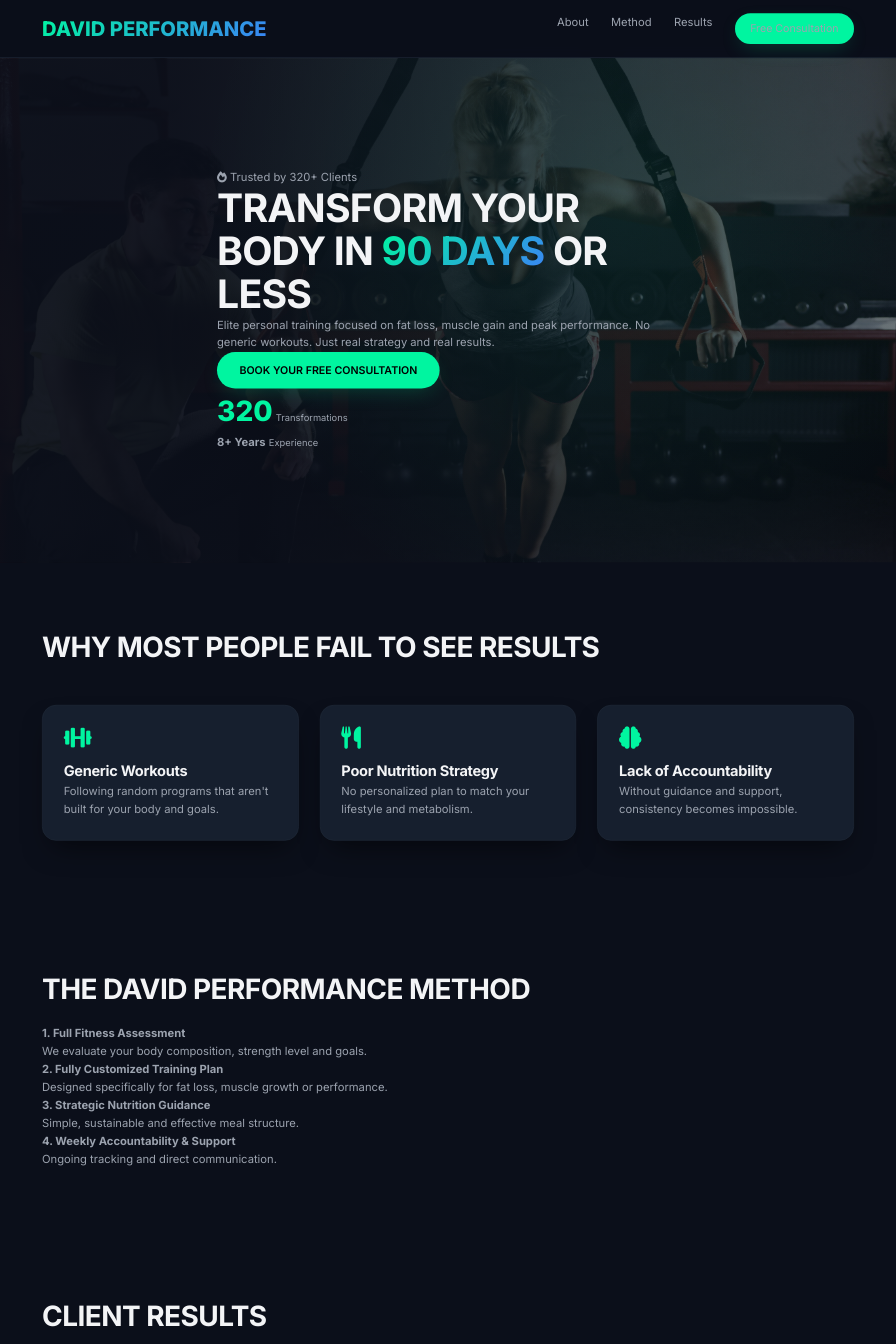
Repository: davidfsillva/Landing-page-pro
Page: index.html
The author's editor kept a copy of each file at every save. The page is drawn from the files as they stood at one save, then again after the next save.
The browser window is 1280 px wide. The pictures show the part of the page from y = 0 to 1920 px (the page is 3509 px tall), at 70% of full size.

Above is the page before, as saved 2026-02-24 20:54:51.

### index.html
<!DOCTYPE html>
<html lang="en">
<head>
    <!-- ================= BASIC META ================= -->
    <meta charset="UTF-8">
    <meta name="viewport" content="width=device-width, initial-scale=1.0, maximum-scale=5.0">
    <meta name="robots" content="index, follow">
    <link rel="canonical" href="https://www.davidperformance.com">

    <!-- ================= SEO ================= -->
    <title>David Performance | Elite Personal Trainer</title>
    <meta name="description" content="Elite personal training focused on fat loss, muscle building and peak performance. Customized programs, strategic nutrition and real accountability. Book your free fitness consultation today.">

    <!-- ================= OPEN GRAPH ================= -->
    <meta property="og:title" content="David Performance | Transform Your Body in 90 Days">
    <meta property="og:description" content="Personalized training programs with proven results. Limited spots available.">
    <meta property="og:type" content="website">
    <meta property="og:image" content="https://placehold.co/1200x630/0B1020/00FF99?text=DAVID+PERFORMANCE">
    <meta property="og:url" content="https://www.davidperformance.com">
    <meta name="twitter:card" content="summary_large_image">

    <!-- ================= FONTS ================= -->
    <link rel="preconnect" href="https://fonts.googleapis.com">
    <link href="https://fonts.googleapis.com/css2?family=Inter:wght@300;400;600;700;800&display=swap" rel="stylesheet">

    <!-- Icons -->
    <link rel="stylesheet" href="https://cdnjs.cloudflare.com/ajax/libs/font-awesome/6.0.0-beta3/css/all.min.css">

    <!-- CSS -->
    <link rel="stylesheet" href="style.css">

    <!-- ================= PIXEL / TRACKING ================= -->
    <!-- Add Meta Pixel or Google Tag Manager here -->
</head>

<body>

<header>
    <div class="container header-flex">
        <div class="logo">DAVID PERFORMANCE</div>

        <button class="menu-toggle" id="menuToggle" aria-label="Open Menu">
            <i class="fas fa-bars"></i>
        </button>

        <nav>
            <ul class="nav-menu" id="navMenu">
                <li><a href="#about">About</a></li>
                <li><a href="#method">Method</a></li>
                <li><a href="#results">Results</a></li>
                <li><a href="#contact" class="btn btn-primary" style="padding:10px 22px;">
                    Free Consultation
                </a></li>
            </ul>
        </nav>
    </div>
</header>

<main>

<!-- ================= HERO ================= -->
<section class="hero-nova" id="home">
    <div class="hero-overlay"></div>

    <div class="container hero-content">

        <div class="hero-badge reveal">
            <i class="fas fa-fire"></i>
            Trusted by 320+ Clients
        </div>

        <h1 class="reveal">
            TRANSFORM YOUR BODY IN
            <span class="gradient-text">90 DAYS</span>
            OR LESS
        </h1>

        <p class="reveal">
            Elite personal training focused on fat loss, muscle gain and peak performance.
            No generic workouts. Just real strategy and real results.
        </p>

        <div class="hero-cta reveal">
            <a href="#contact" class="btn btn-primary btn-hero">
                BOOK YOUR FREE CONSULTATION
            </a>
        </div>

        <div class="hero-proof reveal">
            <div class="proof-item">
                <span class="counter-number" data-target="320">0</span>
                <small>Transformations</small>
            </div>

            <div class="proof-divider"></div>

            <div class="proof-item">
                <strong>8+ Years</strong>
                <small>Experience</small>
            </div>
        </div>

    </div>
</section>

<!-- ================= ABOUT ================= -->
<section id="about">
    <div class="container">
        <h2 class="reveal">WHY MOST PEOPLE FAIL TO SEE RESULTS</h2>

        <div class="cards-grid">
            <article class="card reveal">
                <i class="fas fa-dumbbell"></i>
                <h3>Generic Workouts</h3>
                <p>Following random programs that aren't built for your body and goals.</p>
            </article>

            <article class="card reveal">
                <i class="fas fa-utensils"></i>
                <h3>Poor Nutrition Strategy</h3>
                <p>No personalized plan to match your lifestyle and metabolism.</p>
            </article>

            <article class="card reveal">
                <i class="fas fa-brain"></i>
                <h3>Lack of Accountability</h3>
                <p>Without guidance and support, consistency becomes impossible.</p>
            </article>
        </div>
    </div>
</section>

<!-- ================= METHOD ================= -->
<section id="method" class="problema">
    <div class="container">
        <h2 class="reveal">THE DAVID PERFORMANCE METHOD</h2>

        <div class="solucao-item reveal">
            <strong>1. Full Fitness Assessment</strong>
            <p>We evaluate your body composition, strength level and goals.</p>
        </div>

        <div class="solucao-item reveal">
            <strong>2. Fully Customized Training Plan</strong>
            <p>Designed specifically for fat loss, muscle growth or performance.</p>
        </div>

        <div class="solucao-item reveal">
            <strong>3. Strategic Nutrition Guidance</strong>
            <p>Simple, sustainable and effective meal structure.</p>
        </div>

        <div class="solucao-item reveal">
            <strong>4. Weekly Accountability & Support</strong>
            <p>Ongoing tracking and direct communication.</p>
        </div>
    </div>
</section>

<!-- ================= RESULTS ================= -->
<section id="results">
    <div class="container">
        <h2 class="reveal">CLIENT RESULTS</h2>

        <div class="depoimentos-grid">

            <div class="depoimento-card reveal">
                <p>"I lost 28 pounds in 4 months and gained confidence I never had before."</p>
                <div class="autor">— Michael R.</div>
            </div>

            <div class="depoimento-card reveal">
                <p>"Best investment I’ve made for my health. Completely transformed my body."</p>
                <div class="autor">— Sarah T.</div>
            </div>

            <div class="depoimento-card reveal">
                <p>"Structured, professional and motivating. Results speak for themselves."</p>
                <div class="autor">— Daniel K.</div>
            </div>

        </div>
    </div>
</section>

<!-- ================= AUTHORITY ================= -->
<section>
    <div class="container">
        <h2 class="reveal">WHY TRAIN WITH ME?</h2>

        <div class="cards-grid">
            <div class="card reveal">
                <h3>Certified Trainer</h3>
                <p>Professional certification and proven methodology.</p>
            </div>

            <div class="card reveal">
                <h3>Data-Driven Approach</h3>
                <p>Training decisions based on performance metrics.</p>
            </div>

            <div class="card reveal">
                <h3>Real Accountability</h3>
                <p>You won’t do this alone. Structured follow-up every week.</p>
            </div>
        </div>
    </div>
</section>

<!-- ================= CONTACT / CTA ================= -->
<section id="contact" class="cta-final">
    <div class="container">
        <h2 class="reveal">BOOK YOUR FREE FITNESS CONSULTATION</h2>

        <p class="reveal">
            Limited availability each week for personalized coaching.
        </p>

        <form id="leadForm" class="cta-form reveal" novalidate>
            <input type="text" id="name" placeholder="Full Name" required>
            <input type="email" id="email" placeholder="Email Address" required>
            <input type="tel" id="phone" placeholder="Phone Number" required>

            <button type="submit" class="btn btn-primary">
                SCHEDULE MY CONSULTATION
            </button>

            <div id="formFeedback"></div>
        </form>
    </div>
</section>

</main>

<footer>
    <div class="container footer-grid">

        <div>
            <div class="logo" style="-webkit-text-fill-color:white;">DAVID PERFORMANCE</div>
            <p style="margin:16px 0;">
                Elite coaching for serious results.
            </p>
        </div>

        <div>
            <h4>Navigation</h4>
            <a href="#about">About</a>
            <a href="#method">Method</a>
            <a href="#results">Results</a>
        </div>

        <div>
            <h4>Legal</h4>
            <a href="#">Privacy Policy</a>
            <a href="#">Terms of Service</a>
        </div>

        <div>
            <h4>Contact</h4>
            <a href="#"><i class="fab fa-instagram"></i> @davidperformance</a>
            <a href="#"><i class="fab fa-whatsapp"></i> +1 (555) 123-4567</a>
        </div>

    </div>

    <div style="text-align:center; margin-top:40px; color:#4A5578;">
        © 2026 David Performance. All rights reserved.
    </div>
</footer>

<script src="script.js" defer></script>

</body>
</html>

### style.css
/* =======================================================
   RESET
======================================================= */
*,
*::before,
*::after {
    margin: 0;
    padding: 0;
    box-sizing: border-box;
}

:root {

    /* Colors */
    --bg-primary: #0B0F1A;
    --bg-secondary: #111827;
    --bg-card: #161F2E;

    --text-light: #F3F4F6;
    --text-dim: #9CA3AF;

    --accent-primary: #00F5A0;
    --accent-secondary: #3B82F6;
    --accent-glow: rgba(0,245,160,0.25);

    --border-color: #1F2937;

    /* UI */
    --radius: 20px;
    --radius-lg: 28px;

    --shadow-card: 0 20px 40px -15px rgba(0,0,0,0.6);
    --shadow-strong: 0 25px 60px -20px rgba(0,245,160,0.2);

    --transition: all .35s cubic-bezier(.2,.8,.2,1);

    --font: 'Inter', sans-serif;
}

html {
    scroll-behavior: smooth;
}

body {
    font-family: var(--font);
    background: var(--bg-primary);
    color: var(--text-dim);
    line-height: 1.6;
    -webkit-font-smoothing: antialiased;
}

/* =======================================================
   TYPOGRAPHY
======================================================= */
h1, h2, h3, h4 {
    color: var(--text-light);
    font-weight: 700;
    letter-spacing: -0.02em;
}

h1 {
    font-size: 2.6rem;
    line-height: 1.1;
}

h2 {
    font-size: 2rem;
    margin-bottom: 1.2rem;
}

h3 {
    font-size: 1.3rem;
}

p {
    font-size: 1rem;
}

.gradient-text {
    background: linear-gradient(135deg, var(--accent-primary), var(--accent-secondary));
    -webkit-background-clip: text;
    -webkit-text-fill-color: transparent;
}

/* =======================================================
   LAYOUT
======================================================= */
.container {
    width: 100%;
    max-width: 1200px;
    margin: 0 auto;
    padding: 0 20px;
}

section {
    padding: 90px 0;
    position: relative;
}

/* =======================================================
   BUTTONS
======================================================= */
.btn {
    display: inline-flex;
    align-items: center;
    justify-content: center;
    padding: 14px 32px;
    border-radius: 50px;
    font-weight: 600;
    font-size: 0.95rem;
    cursor: pointer;
    transition: var(--transition);
    text-decoration: none;
    border: none;
}

.btn-primary {
    background: var(--accent-primary);
    color: #000;
    box-shadow: 0 10px 30px -10px var(--accent-glow);
}

.btn-primary:hover {
    transform: translateY(-3px) scale(1.04);
    box-shadow: 0 20px 40px -10px var(--accent-glow);
}

.btn-primary:active {
    transform: scale(0.97);
}

.btn-outline {
    background: transparent;
    border: 1px solid var(--accent-primary);
    color: var(--accent-primary);
}

.btn-outline:hover {
    background: rgba(0,245,160,0.1);
}

/* =======================================================
   HEADER
======================================================= */
header {
    position: sticky;
    top: 0;
    z-index: 1000;
    background: rgba(11,15,26,0.85);
    backdrop-filter: blur(12px);
    border-bottom: 1px solid var(--border-color);
    padding: 18px 0;
}

.header-flex {
    display: flex;
    justify-content: space-between;
    align-items: center;
}

.logo {
    font-size: 1.8rem;
    font-weight: 800;
    background: linear-gradient(135deg, var(--accent-primary), var(--accent-secondary));
    -webkit-background-clip: text;
    -webkit-text-fill-color: transparent;
}

.nav-menu {
    display: flex;
    list-style: none;
    gap: 32px;
}

.nav-menu a {
    text-decoration: none;
    color: var(--text-dim);
    font-weight: 500;
    transition: .3s;
}

.nav-menu a:hover {
    color: var(--accent-primary);
}

.menu-toggle {
    display: none;
    font-size: 1.8rem;
    background: none;
    border: none;
    color: var(--accent-primary);
    cursor: pointer;
}

/* =======================================================
   HERO NOVA
======================================================= */
.hero-nova {
    position: relative;
    min-height: 100vh;
    display: flex;
    align-items: center;
    background: url("img/pexels-pixabay-414029.jpg") center center / cover no-repeat;
    overflow: hidden;
}

.hero-nova::after {
    content: "";
    position: absolute;
    inset: 0;
    background: radial-gradient(circle at 70% 30%, rgba(0,245,160,0.08), transparent 60%);
}

.hero-overlay {
    position: absolute;
    inset: 0;
    background: linear-gradient(
        90deg,
        rgba(11,15,26,0.95) 20%,
        rgba(11,15,26,0.85) 50%,
        rgba(11,15,26,0.6) 100%
    );
}

.hero-content {
    position: relative;
    z-index: 2;
    max-width: 700px;
}

/* =======================================================
   CARDS (SERVICES / BENEFITS)
======================================================= */
.cards-grid {
    display: grid;
    gap: 30px;
    margin-top: 50px;
}

.card {
    background: var(--bg-card);
    padding: 30px;
    border-radius: var(--radius);
    border: 1px solid var(--border-color);
    box-shadow: var(--shadow-card);
    transition: var(--transition);
}

.card:hover {
    transform: translateY(-8px);
    border-color: var(--accent-primary);
    box-shadow: var(--shadow-strong);
}

.card i {
    font-size: 2rem;
    margin-bottom: 15px;
    color: var(--accent-primary);
}

/* =======================================================
   ABOUT / AUTHORITY
======================================================= */
.about-section {
    background: var(--bg-secondary);
}

.about-grid {
    display: grid;
    gap: 40px;
    align-items: center;
}

.about-image img {
    width: 100%;
    border-radius: var(--radius-lg);
}

/* =======================================================
   TESTIMONIALS
======================================================= */
.testimonials-grid {
    display: grid;
    gap: 30px;
    margin-top: 40px;
}

.testimonial-card {
    background: var(--bg-card);
    padding: 30px;
    border-radius: var(--radius);
    border: 1px solid var(--border-color);
}

.testimonial-card p {
    font-style: italic;
    margin-bottom: 15px;
}

.author {
    font-weight: 600;
    color: var(--accent-primary);
}

/* =======================================================
   TRANSFORMATIONS
======================================================= */
.transformations-grid {
    display: grid;
    gap: 25px;
    margin-top: 40px;
}

.transformations-grid img {
    width: 100%;
    border-radius: var(--radius);
}

/* =======================================================
   CTA SECTION
======================================================= */
.cta-section {
    background: linear-gradient(145deg, #0D1322, #060912);
    text-align: center;
    border-top: 1px solid var(--accent-primary);
}

.cta-form {
    max-width: 500px;
    margin: 40px auto 0;
    display: flex;
    flex-direction: column;
    gap: 18px;
}

.cta-form input,
.cta-form textarea {
    padding: 14px 20px;
    border-radius: 40px;
    border: 1px solid var(--border-color);
    background: #1F2937;
    color: white;
    transition: .3s;
}

.cta-form input:focus,
.cta-form textarea:focus {
    border-color: var(--accent-primary);
    outline: none;
}

/* =======================================================
   FOOTER
======================================================= */
footer {
    background: #05070E;
    padding: 60px 0;
    border-top: 1px solid var(--border-color);
}

.footer-grid {
    display: grid;
    gap: 40px;
}

.footer-grid a {
    text-decoration: none;
    color: var(--text-dim);
    display: block;
    margin: 6px 0;
    transition: .3s;
}

.footer-grid a:hover {
    color: var(--accent-primary);
}

/* =======================================================
   REVEAL ANIMATION
======================================================= */
.reveal {
    opacity: 0;
    transform: translateY(30px);
    transition: opacity .8s ease, transform .8s ease;
}

.reveal.active {
    opacity: 1;
    transform: translateY(0);
}

/* =======================================================
   COUNTER
======================================================= */
.counter-number {
    font-size: 2.5rem;
    font-weight: 800;
    color: var(--accent-primary);
}

/* =======================================================
   RESPONSIVE
======================================================= */
@media (min-width: 768px) {

    h1 { font-size: 3.5rem; }
    h2 { font-size: 2.5rem; }

    .hero-grid {
        grid-template-columns: 1fr 1fr;
        align-items: center;
    }

    .cards-grid {
        grid-template-columns: repeat(3, 1fr);
    }

    .about-grid {
        grid-template-columns: 1fr 1fr;
    }

    .testimonials-grid {
        grid-template-columns: repeat(3, 1fr);
    }

    .transformations-grid {
        grid-template-columns: repeat(3, 1fr);
    }

    .footer-grid {
        grid-template-columns: 2fr 1fr 1fr 1fr;
    }

    .menu-toggle {
        display: none;
    }
}

@media (max-width: 768px) {

    .menu-toggle {
        display: block;
    }

    .nav-menu {
        position: fixed;
        top: 80px;
        right: 0;
        width: 100%;
        flex-direction: column;
        background: rgba(11,15,26,0.98);
        padding: 40px 20px;
        gap: 25px;
        transform: translateX(100%);
        transition: .4s ease;
    }

    .nav-menu.active {
        transform: translateX(0);
    }

    .hero-nova {
        background: url("img/heromobile.webp") center center / cover no-repeat;
    }
}

Loaded but not shown: script.js (183 lines, source omitted)

After the next save:
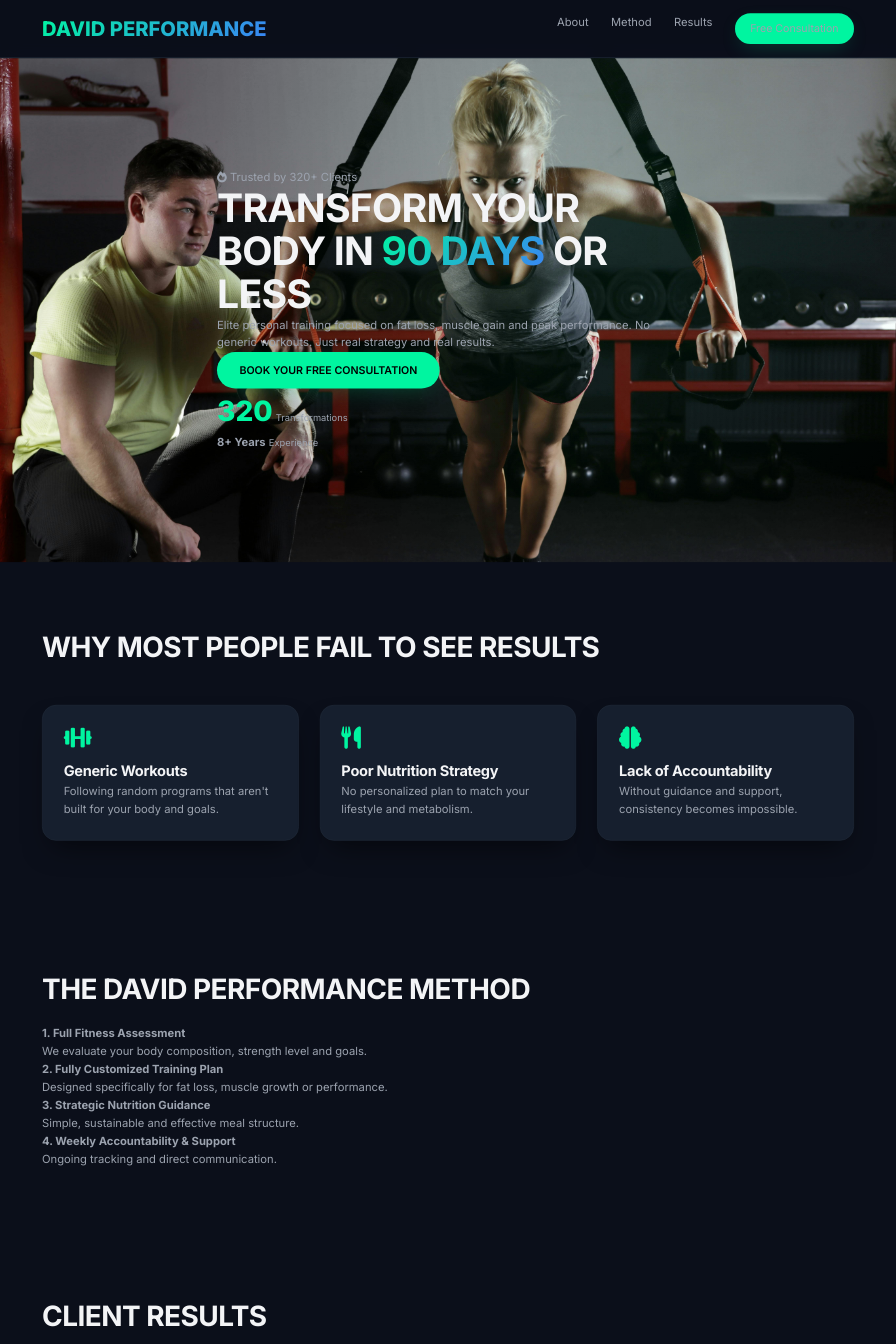
Saved 6 s later.
--- a/style.css
+++ b/style.css
@@ -211,16 +211,7 @@
     background: radial-gradient(circle at 70% 30%, rgba(0,245,160,0.08), transparent 60%);
 }
 
-.hero-overlay {
-    position: absolute;
-    inset: 0;
-    background: linear-gradient(
-        90deg,
-        rgba(11,15,26,0.95) 20%,
-        rgba(11,15,26,0.85) 50%,
-        rgba(11,15,26,0.6) 100%
-    );
-}
+
 
 .hero-content {
     position: relative;

After the save that followed:
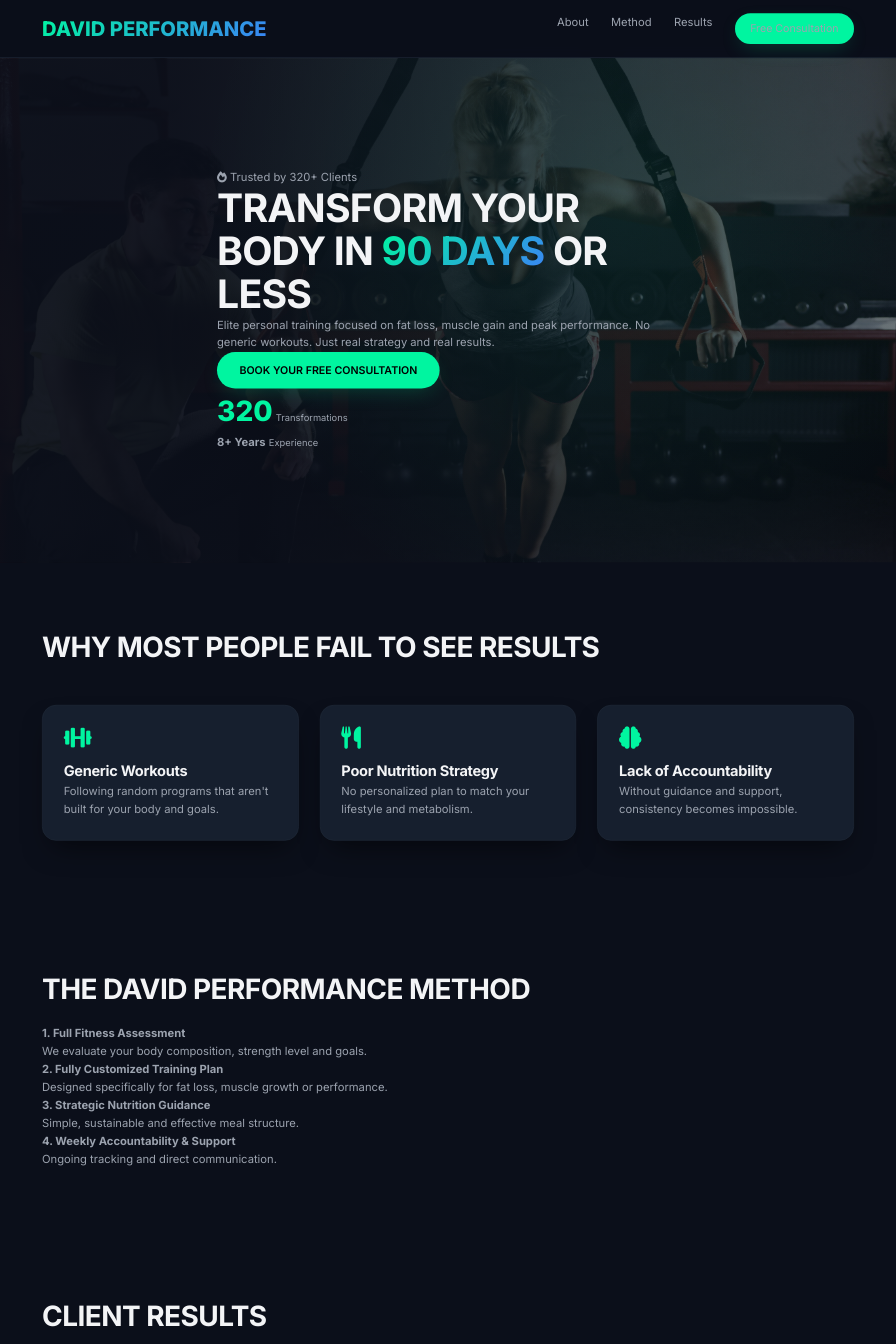
Saved 11 s later.
--- a/style.css
+++ b/style.css
@@ -211,7 +211,16 @@
     background: radial-gradient(circle at 70% 30%, rgba(0,245,160,0.08), transparent 60%);
 }
 
-
+.hero-overlay {
+    position: absolute;
+    inset: 0;
+    background: linear-gradient(
+        90deg,
+        rgba(11,15,26,0.95) 20%,
+        rgba(11,15,26,0.85) 50%,
+        rgba(11,15,26,0.6) 100%
+    );
+}
 
 .hero-content {
     position: relative;
